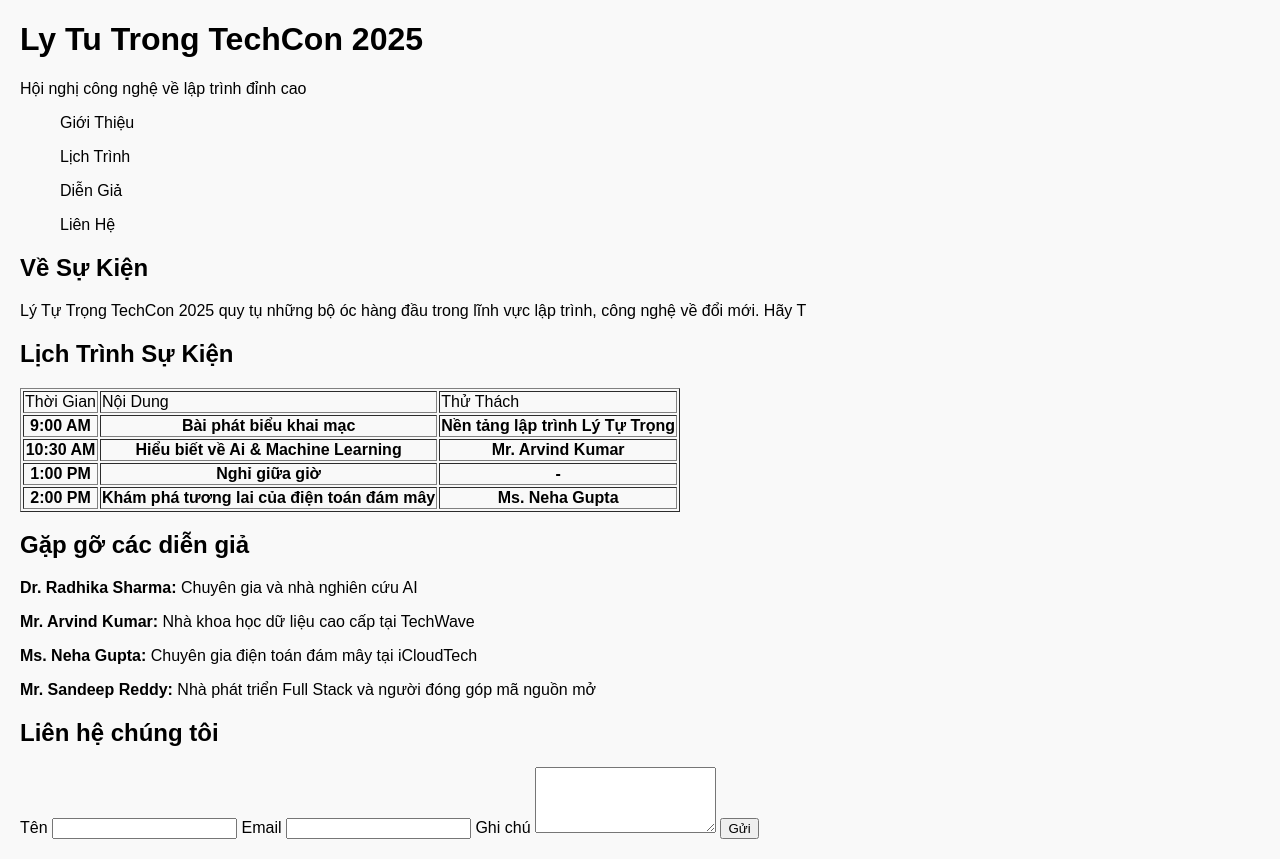
Repository: NhatMinh121/BaiTapVeNha1
Page: index.html
The author's editor kept a copy of each file at every save. The page is drawn from the files as they stood at one save, then again after the next save.
The browser window is 1280 px wide. The pictures show the whole page.

Above is the page before, as saved 2025-03-28 22:36:32.

After the next save:
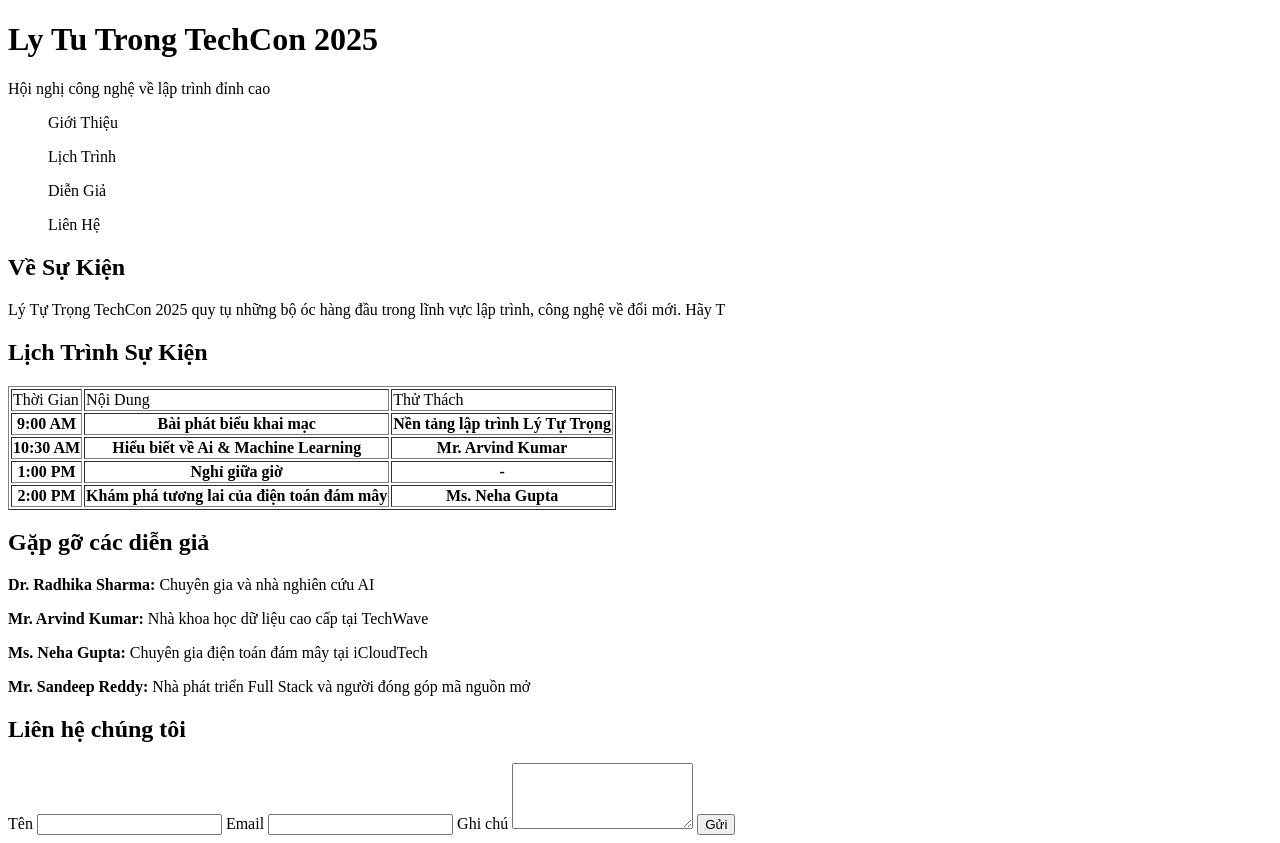
Saved 25 s later.
--- a/style.css
+++ b/style.css
@@ -1,6 +1,6 @@
-body {
+{
+    margin: 0;
+    padding: 0;
+    box-sizing: border-box;
     font-family: Arial, sans-serif;
-    margin: 20px;
-    padding: 0;
-    background-color: #f9f9f9;
 }
